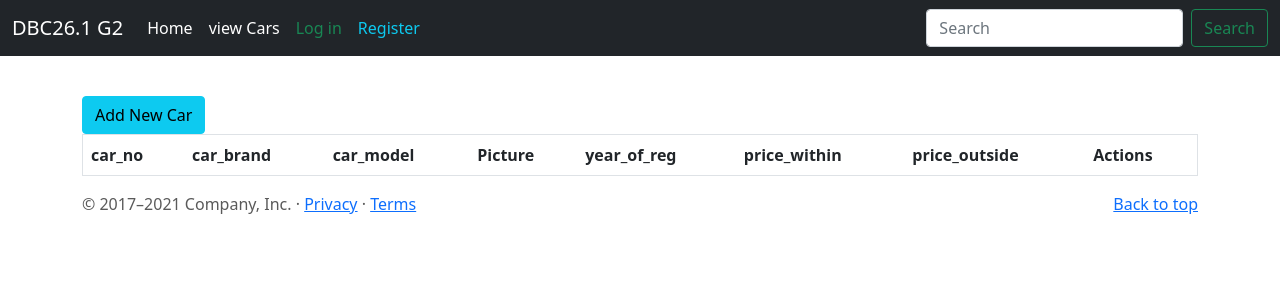
Repository: Cwills21/Aiti-dbc26.1-group-2
Page: http://localhost/cars
These files come from the project's save history. The page is drawn as it stood at one moment and after the next save; the edit follows.
The browser window is 1280 px wide. The pictures show the whole page.
The page is served by the project's Laravel application, run on PHP 8.4 with Laravel 8. Queries for data that is not in the repository find no rows.

Above is the page before, as saved 2022-03-09 23:16:35.

After the next save:
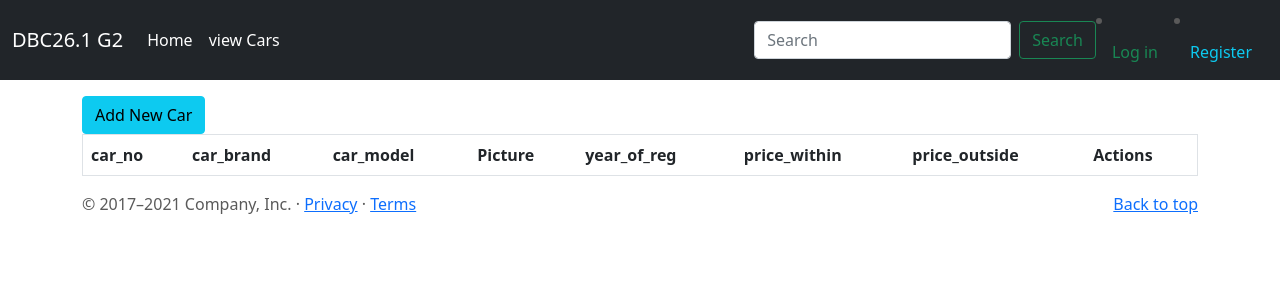
Saved 92 s later.
--- a/resources/views/layout/master.blade.php
+++ b/resources/views/layout/master.blade.php
@@ -64,7 +64,13 @@
           <li class="nav-item">
           <a class="nav-link active" href="{{ route('showAllCars') }}">view Cars</a>
           </li>
-          @if (Route::has('login'))
+
+        </ul>
+        <form class="d-flex">
+          <input class="form-control me-2" type="search" placeholder="Search" aria-label="Search">
+          <button class="btn btn-outline-success" type="submit">Search</button>
+        </form>
+        @if (Route::has('login'))
                         @auth
                         <form method="POST" action="{{ route('logout') }}">
                                     @csrf
@@ -86,11 +92,6 @@
                         @endauth
 
                     @endif
-        </ul>
-        <form class="d-flex">
-          <input class="form-control me-2" type="search" placeholder="Search" aria-label="Search">
-          <button class="btn btn-outline-success" type="submit">Search</button>
-        </form>
       </div>
     </div>
   </nav>
